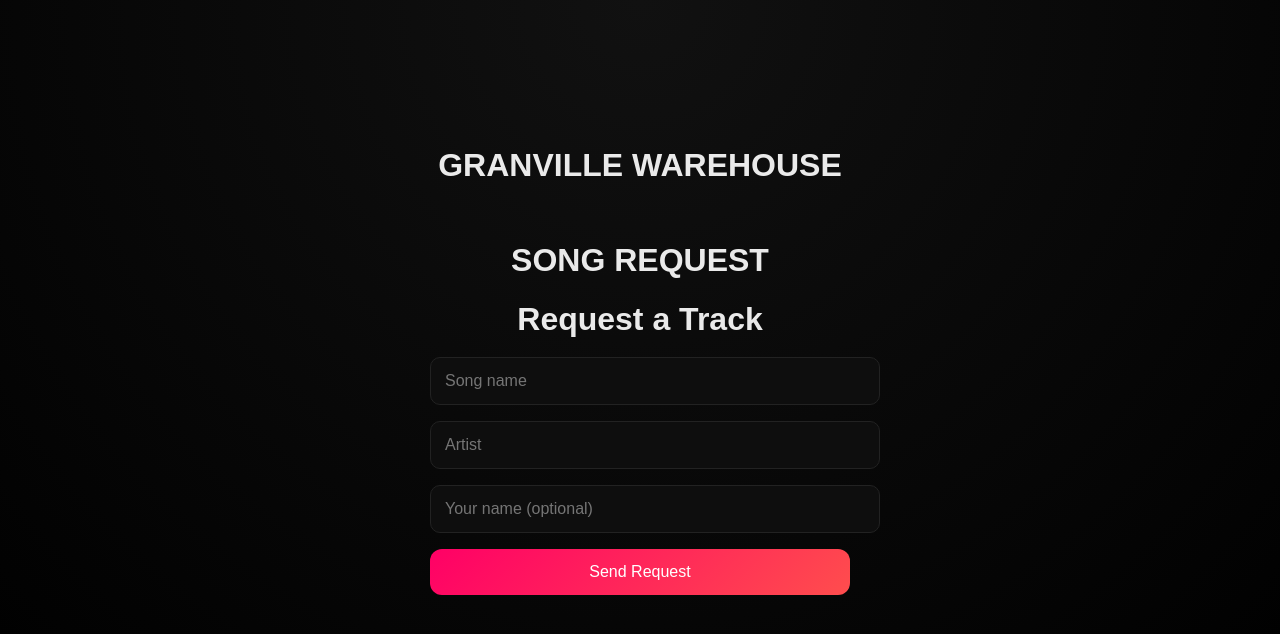
Repository: AryanHeravi/DJ-Request
Page: song_request.html
These files come from the project's save history. The page is drawn as it stood at one moment and after the next save; the edit follows.
The browser window is 1280 px wide. The pictures show the whole page.

Above is the page before, as saved 2026-01-27 22:56:19.
Console error: ReferenceError: emailjs is not defined

### song_request.html
<!DOCTYPE html>
<html lang="en">
<head>
<meta charset="UTF-8" />
<meta name="viewport" content="width=device-width, initial-scale=1.0"/>
<title>Song Request</title>

<script src="https://cdn.jsdelivr.net/npm/emailjs-com@3/dist/email.min.js"></script>

<style>
body {
    margin: 0;
    background: radial-gradient(circle at top, #111, #000);
    font-family: 'Montserrat', sans-serif;
    color: #eaeaea;
    display: flex;
    justify-content: center;
    align-items: center;
    height: 100vh;
}

.container {
    width: 90%;
    max-width: 420px;
    text-align: center;
}

.status {
    font-size: 0.85rem;
    letter-spacing: 2px;
    margin-bottom: 0.5rem;
}

.status.open { color: #00ff9c; }
.status.closed { color: #ff4d4d; }

.countdown {
    font-size: 0.95rem;
    color: #aaa;
    margin-bottom: 1rem;
}

.note {
    font-size: 0.8rem;
    color: #777;
    line-height: 1.4;
    margin-bottom: 1.2rem;
}

h1 {
    font-size: 2rem;
    margin-bottom: 1.2rem;
}

input {
    width: 100%;
    padding: 14px;
    margin-bottom: 1rem;
    background: #0e0e0e;
    border: 1px solid #222;
    border-radius: 10px;
    color: #fff;
    font-size: 1rem;
}

button {
    width: 100%;
    padding: 14px;
    background: linear-gradient(135deg, #ff0066, #ff4d4d);
    border: none;
    border-radius: 12px;
    color: #fff;
    font-size: 1rem;
    cursor: pointer;
}

.hidden { display: none; }

.thank-you {
    font-size: 1.1rem;
    margin-bottom: 1rem;
}

.tip-note {
    font-size: 0.9rem;
    color: #aaa;
    margin-bottom: 1rem;
}

.review-btn {
    background: #1a1a1a;
    border: 1px solid #333;
}
</style>
</head>

<body>
<div class="container">
    <h1>GRANVILLE WAREHOUSE</h1> <br>
    <h1>SONG REQUEST</h1>
    <div id="status" class="status"></div>
    <div id="countdown" class="countdown"></div>

    <div id="note" class="note hidden">
        We appreciate you using this song request web app.<br>
        Please use it <strong>Thursday to Monday, 8:00 PM – 2:00 AM</strong>.
    </div>

    <form id="songForm">
        <h1 id="headline">Request a Track</h1>

        <input type="text" name="song" placeholder="Song name" required />
        <input type="text" name="artist" placeholder="Artist" required />
        <input type="text" name="name" placeholder="Your name (optional)" />

        <button type="submit">Send Request</button>
    </form>

    <div id="thankYou" class="hidden">
        <div class="thank-you">
            Thanks for submitting a song request.<br>
            If approved, it will be played shortly.
        </div>

        <div class="tip-note">
            💸 Tip jar beside the DJ booth — always appreciated.
        </div>

        <a href="https://reviewthis.biz/gr989" target="_blank">
            <button class="review-btn">Leave a Google Review</button>
        </a>
    </div>

</div>

<script>
emailjs.init('6o_OSihC1KZB6rAKo');

const form = document.getElementById('songForm');
const thankYou = document.getElementById('thankYou');
const statusEl = document.getElementById('status');
const countdownEl = document.getElementById('countdown');
const headline = document.getElementById('headline');
const note = document.getElementById('note');

const workingDays = [0,1,4,5,6]; // Sun, Mon, Thu, Fri, Sat
const openHour = 20;

function getNextOpening() {
    const now = new Date();

    for (let i = 0; i < 7; i++) {
        const d = new Date(now);
        d.setDate(now.getDate() + i);
        d.setHours(openHour,0,0,0);

        if (workingDays.includes(d.getDay()) && d > now) {
            return d;
        }
    }
}

function isOpen() {
    const now = new Date();
    const day = now.getDay();
    const hour = now.getHours();
    const min = now.getMinutes();

    const isDay = workingDays.includes(day);
    const isHour =
        (hour >= 20 && hour <= 23) ||
        (hour >= 0 && hour < 2);

    return { isDay, isHour, hour, min };
}

function updateCountdown(target) {
    const now = new Date();
    const diff = target - now;

    const days = Math.floor(diff / 86400000);
    const hours = Math.floor((diff % 86400000) / 3600000);
    const minutes = Math.floor((diff % 3600000) / 60000);
    const seconds = Math.floor((diff % 60000) / 1000);

    countdownEl.textContent =
        `Requests open in ${days}d ${hours}h ${minutes}m ${seconds}s`;
}

function updateUI() {
    const now = new Date();
    const { isDay, isHour, hour, min } = isOpen();

    if (isDay && isHour) {
        statusEl.textContent = "OPEN";
        statusEl.className = "status open";
        countdownEl.textContent = "";
        note.classList.add('hidden');

        headline.textContent =
            (hour === 1 && min >= 30)
            ? "Last Call for Requests"
            : "Request a Track";

        form.classList.remove('hidden');
    } else {
        statusEl.textContent = "CLOSED";
        statusEl.className = "status closed";
        form.classList.add('hidden');
        note.classList.remove('hidden');

        const nextOpen = getNextOpening();
        updateCountdown(nextOpen);
    }
}

setInterval(updateUI, 1000);
updateUI();

form.addEventListener('submit', function(e) {
    e.preventDefault();

    emailjs.sendForm(
        'service_rl9aj5f',
        'template_nrix76r',
        this
    ).then(() => {
        form.classList.add('hidden');
        thankYou.classList.remove('hidden');
    });
});
</script>
</body>
</html>

After the next save:
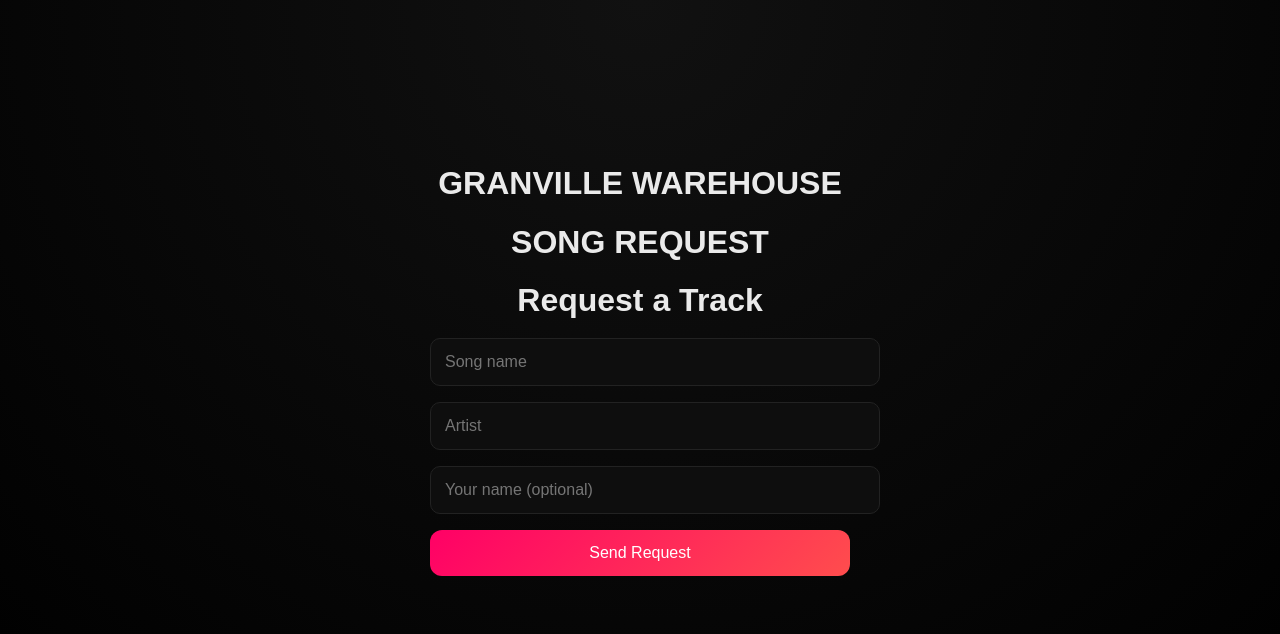
Saved 8 s later.
--- a/song_request.html
+++ b/song_request.html
@@ -96,7 +96,7 @@ button {
 
 <body>
 <div class="container">
-    <h1>GRANVILLE WAREHOUSE</h1> <br>
+    <h1>GRANVILLE WAREHOUSE</h1>
     <h1>SONG REQUEST</h1>
     <div id="status" class="status"></div>
     <div id="countdown" class="countdown"></div>
